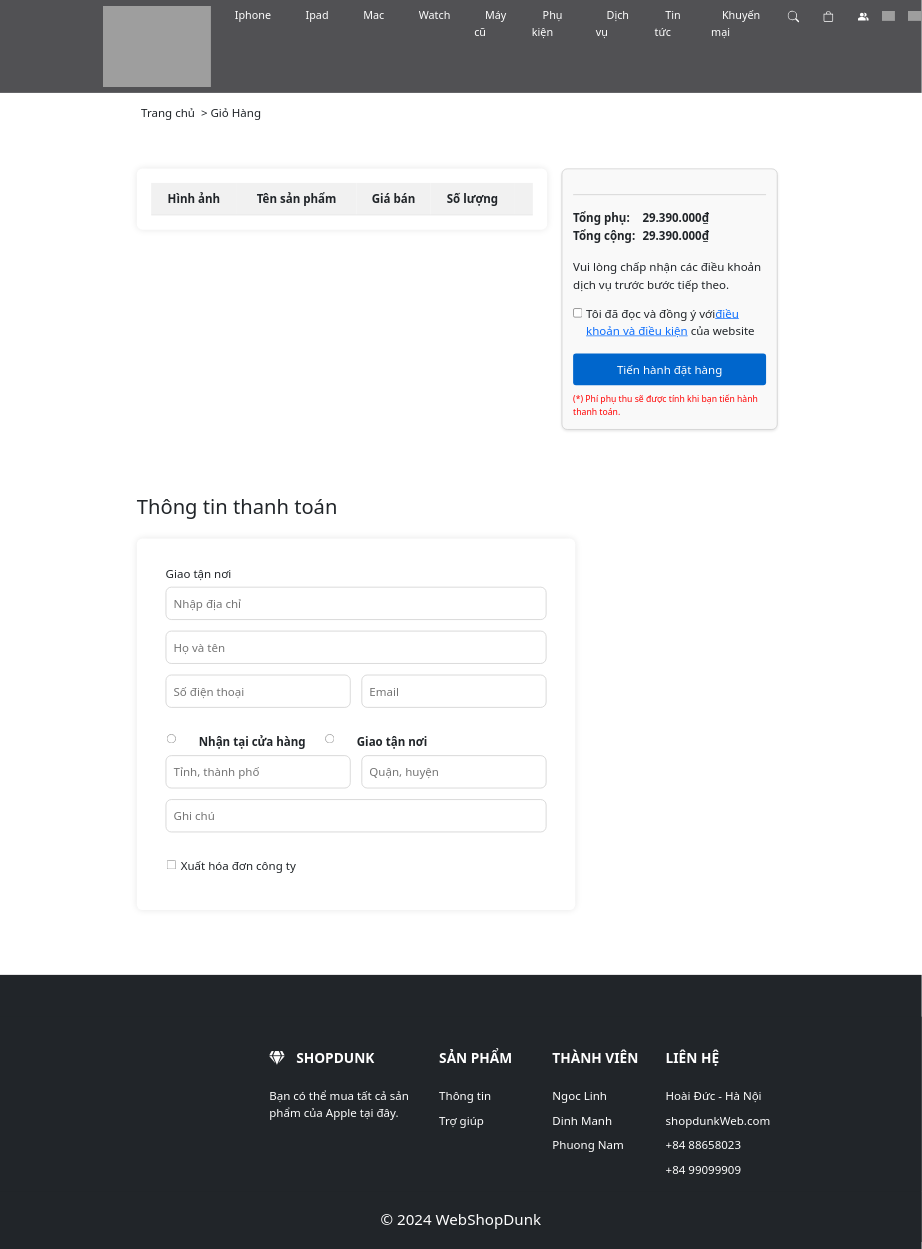
Repository: 20092004nam2k4/FE-ShopDunk
Page: /cart
An editor plug-in stored every save of this project. The page is shown before and after the next save, followed by the edit.
The browser window is 1280 px wide. The pictures show the whole page, at 72% of full size.
Pictures or frames that could not be fetched are drawn as grey boxes. The page's requests for data from a server got no answer. The project was rebuilt for these pictures with package versions that can differ from the ones it lists, and the page was loaded fresh each time. No one was signed in, and anything a server would have sent is missing. Also part of the build but not shown: src/component/common/SlideImage.css, src/component/common/SlideImage.js, src/component/product/ProductList.js, src/component/product/ProductDetail.css, src/component/product/ProductDetail.js, src/component/user/LoginUser.js, src/component/user/UserProfile.js, src/component/user/RegistrationForm.css and 2 more.

Above is the page before, as saved 2024-06-26 14:22:17.

### src/App.js
import React from "react";
import { BrowserRouter as Router, Route, Routes } from "react-router-dom";
import Navbar from "./component/common/Navbar";
import SlideImage from "./component/common/SlideImage";
import ProductList from "./component/product/ProductList";
import CartPage from "./component/cart/CartPage";
import ProductDetail from "./component/product/ProductDetail";
import LoginUser from "./component/user/LoginUser";
import UserProfile from "./component/user/UserProfile";
import { AuthProvider } from "./context/AuthContext";
import RegisterUser from "./component/user/UserRegister";
import CategoryProducts from "./component/product/CategoryProducts"; // Import the new component

function App() {
  return (
    <AuthProvider>
      <Router>
        <div className="App">
          <Navbar />
          <Routes>
            <Route
              path="/"
              element={
                <>
                  <SlideImage />
                  <ProductList />
                </>
              }
            />
            <Route path="/cart" element={<CartPage />} />
            <Route path="/product/:id" element={<ProductDetail />} />
            <Route path="/register" element={<RegisterUser />} />
            <Route path="/login" element={<LoginUser />} />
            <Route path="/profile" element={<UserProfile />} />
            <Route
              path="/category/:categoryId"
              element={<CategoryProducts />}
            />{" "}
            {/* Add this line */}
          </Routes>
        </div>
      </Router>
    </AuthProvider>
  );
}

export default App;

### src/context/AuthContext.js
import React, { createContext, useState, useEffect } from "react";

export const AuthContext = createContext();

export const AuthProvider = ({ children }) => {
  const [isLoggedIn, setIsLoggedIn] = useState(false);
  const [user, setUser] = useState(null);

  useEffect(() => {
    const storedUser = localStorage.getItem("user");
    if (storedUser) {
      setIsLoggedIn(true);
      setUser(JSON.parse(storedUser));
    }
  }, []);

  const login = (userData) => {
    setIsLoggedIn(true);
    setUser(userData);
    localStorage.setItem("user", JSON.stringify(userData));
  };

  const logout = () => {
    setIsLoggedIn(false);
    setUser(null);
    localStorage.removeItem("user");
  };

  return (
    <AuthContext.Provider value={{ isLoggedIn, user, login, logout }}>
      {children}
    </AuthContext.Provider>
  );
};

### src/component/common/Navbar.css
.navbar {
  background-color: #515154;
  padding: 10px;
  position: relative; /* Thêm thuộc tính position relative */
}

.navbar-links {
  list-style: none;
  display: flex;
  justify-content: center;
  max-width: 1400px;
  margin: 0;
padding-left: 125px;
 position: relative; /* Thêm thuộc tính position relative */
  z-index: 1; /* Đảm bảo navbar hiển thị trên cùng */
}

.navbar-links li {
  padding-left: 18px;
}

.navbar-links a {
  color: white;
  text-decoration: none;
  padding: 10px 15px 25px;
  transition: background-color 0.3s;
  font-size: 15px;
}

.navbar-links a:hover {
  background-color: #6a6969;
}

.imageIcon {
  width: 150px;
}

.icon-bag,
.icon-people,
.icon-search {
  color: white;
  height: 30px;
}

.imageIconVN {
  height: 14px;
}

.dropdown-menu {
  position: absolute;
  top: 100%; /* Hiển thị menu dropdown bên dưới navbar */
  left: 0;
  background-color: #515154;
  min-width: 200px; /* Độ rộng tối thiểu của dropdown menu */
  z-index: 10; /* Đảm bảo menu dropdown hiển thị trên cùng */
  box-shadow: 0px 8px 16px rgba(0, 0, 0, 0.2); /* Đổ bóng cho dropdown menu */
  display: none; /* Ẩn dropdown menu mặc định */
}

.dropdown-menu.active {
  display: block; /* Hiển thị dropdown menu khi active */
}

.dropdown-menu a {
  color: white;
  text-decoration: none;
  padding: 15px;
  display: block;
  transition: background-color 0.3s;
}

.dropdown-menu a:hover {
  background-color: #7f7d7d;
}

### src/component/cart/CartPage.css
/* General styles for the cart page */
.tong {
    display: flex;
    justify-content: center;
    align-items: flex-start;
    padding-top: 50px;
    padding-left: 90px;
    padding-right: 100px;
    gap: 20px; /* Add gap between left and right sections */
    margin: 0 100px; /* Adjust left and right margins to 100px */
    max-width: 1400px; /* Set a maximum width for the container */
}

.left {
    width: 70%; /* Increase width to 70% */
    background-color: #fff; /* Add background color for clarity */
    padding: 20px; /* Add padding for spacing */
    box-shadow: 0 0 10px rgba(0, 0, 0, 0.1); /* Add box shadow for aesthetics */
    border-radius: 8px; /* Add border radius for rounded corners */
}

.right {
    width: 30%; /* Adjust width to 30% */
    background-color: #fff; /* Add background color for clarity */
    padding: 20px; /* Add padding for spacing */
    box-shadow: 0 0 10px rgba(0, 0, 0, 0.1); /* Add box shadow for aesthetics */
    border-radius: 8px; /* Add border radius for rounded corners */
}

.table-wrapper {
    overflow-x: auto;
    margin-bottom: 20px;
}

.cart {
    width: 100%;
    border-collapse: collapse;
}

.cart th,
.cart td {
    padding: 10px;
    text-align: center;
    border-bottom: 1px solid #ddd;
}

.cart th {
    background-color: #f1f1f1;
}

.cart img {
    max-width: 80px;
    height: auto;
}

.product-name {
    font-weight: bold;
    color: #333;
    text-decoration: none;
}

.product-name:hover {
    text-decoration: underline;
}

.attributes {
    font-size: 14px;
    color: #555;
}

.edit-item a {
    font-size: 14px;
    color: #0066cc;
}

.unit-price,
.subtotal {
    font-weight: bold;
    color: #333;
}

.qty-input {
    width: 40px;
    text-align: center;
    border: 1px solid #ddd;
    padding: 5px;
    margin: 0 5px;
}

.remove-btn {
    background: none;
    border: none;
    color: red;
    cursor: pointer;
}

.cart-options {
    margin-top: 20px;
}

.button {
    padding-top: 10px;
    display: inline-flex;
    float: right;
}

.common-buttons .button-2 {
    background-color: #5f5c5c;
    color: white;
    border: none;
    padding: 10px 20px;
    cursor: pointer;
    margin-right: 10px;
    border-radius: 5px;
}

.common-buttons .button-2:hover {
    background-color: #005bb5;
}

.footerMain {
    padding: 40px 0;
}

.footerMain .text-uppercase {
    text-transform: uppercase;
}

.footerMain .fw-bold {
    font-weight: bold;
}

.footerMain p {
    margin: 0;
    padding: 5px 0;
}

.footerMain a {
    color: #ffffff;
    text-decoration: none;
}

.footerMain a:hover {
    text-decoration: underline;
}

/* Styles for deals section */
.deals {
    margin-bottom: 20px;
}

/* Styles for coupon box */
.coupon-box {
    border: 1px solid #ccc;
    padding: 15px;
    padding-right: ;
    background-color: #f9f9f9;
    width: 100%; /* Adjust width to 100% */
    box-sizing: border-box; /* Ensure padding is included in width */
    border-radius: 8px; /* Add border radius for rounded corners */
    box-shadow: 0 2px 4px rgba(0, 0, 0, 0.1); /* Add subtle shadow */
    margin-bottom: 20px; /* Add space below the coupon box */
}

.title {
    font-weight: bold;
    font-size: 18px;
    color: #333;
    margin-bottom: 10px; /* Add space below the title */
}

.hint {
    margin-top: 5px;
    color: #666;
    font-size: 14px;
}

/* Styles for coupon code input */
.coupon-code input {
    width: calc(100% - 20px); /* Adjust width to fit within the coupon box */
    margin-top: 10px;
    padding: 10px;
    border: 1px solid #ccc;
    border-radius: 4px; /* Add border radius */
    box-sizing: border-box; /* Ensure padding is included in width */
}

/* Styles for apply button */
.apply-discount-coupon-code-button {
    margin-top: 10px;
    padding: 10px;
    background-color: #0066CC;
    color: #fff;
    border: none;
    border-radius: 4px; /* Add border radius */
    cursor: pointer;
    width: 100%; /* Make button full-width */
}

.apply-discount-coupon-code-button:hover {
    background-color: #005bb5; /* Darken button color on hover */
}

/* Styles for totals section */
.totals {
    border-top: 1px solid #ccc;
    padding-top: 20px;
    margin-top: 20px;
}

/* Styles for total info */
.total-info {
    margin-bottom: 20px;
}

/* Styles for left side of total row */
.cart-total-left {
    padding-right: 10px;
    font-weight: bold;
}

/* Styles for total value */
.value-summary {
    font-weight: bold;
}

/* Styles for checkout buttons */
.checkout-buttons {
    margin-top: 20px;
}

/* Styles for checkout button */
.checkout-button {
    padding: 10px 20px;
    background-color: #0066CC;
    color: #fff;
    border: none;
    border-radius: 4px; /* Add border radius */
    cursor: pointer;
    width: 100%; /* Make button full-width */
    text-align: center; /* Center text */
}

.checkout-button:hover {
    background-color: #005bb5; /* Darken button color on hover */
}

/* Styles for note */
.note-ck {
    margin-top: 10px;
    font-size: 12px;
    color: red;
}
.remove-button {
    background: none;
    border: none;
    cursor: pointer;
    color: rgb(98, 97, 97); /* Customize as needed */
    font-size: 1.2em; /* Customize size as needed */
  }
  .tittle-header{
    margin-top: 20px;
    margin-left: 150px;
    background-color: #f1f1f1;
    margin-right: 200px;
    margin-bottom: -30px;
    padding-left: 15px;
  }
  .enter-address {
    padding: 20px;
}
.edit-address {
    margin-top: 20px;
}
.edit-address input[type="text"],
.edit-address select {
    width: 100%;
    padding: 10px;
    margin-bottom: 10px;
    border: 1px solid #ccc;
    border-radius: 5px;
}
.edit-address label {
    display: block;
    margin-bottom: 5px;
    font-weight: bold;
}
.edit-address input[type="radio"],
.edit-address label {
    margin-right: 10px;
}
.edit-address span {
    display: block;
    margin-top: 5px;
    font-style: italic;
}
.bg-white {
    background-color: #fff;
}
.left {
    width: 70%; /* Increase width to 70% */
    background-color: #fff; /* Add background color for clarity */
    padding: 20px; /* Add padding for spacing */
    box-shadow: 0 0 10px rgba(0, 0, 0, 0.1); /* Add box shadow for aesthetics */
    border-radius: 8px; /* Add border radius for rounded corners */
  }

  .tong-bot {
    display: flex;
    align-items: flex-start;
    gap: 20px; /* Add gap between left and right sections */
    margin: 0 100px; /* Adjust left and right margins to 100px */
    max-width: 1370px; /* Set a maximum width for the container */
    display: flex;
    align-items: flex-start;
    padding-top: 20px;
    padding-left: 90px;
    padding-right: 120px;
    gap: 20px; /* Add gap between left and right sections */
}

  .enter-address {
    display: flex;
    flex-direction: column;
  }

  .enter-address input,
  .enter-address select {
    width: 100%;
    margin-bottom: 15px;
    padding: 10px;
    border: 1px solid #ccc;
    border-radius: 8px;
  }

  .half-inputs {
    display: flex;
    gap: 15px;
  }

  .edit-address .delivery-method {
    display: flex;
    gap: 15px;
  }

  .edit-address input[type="checkbox"] {
    transform: scale(0.8);
    border-radius: 50%; /* Make the checkboxes round */
    width: 16px; /* Adjust the width */
    height: 16px; /* Adjust the height */
  }
  .edit-address input[type="radio"] {
    transform: scale(0.8);
    border-radius: 50%; /* Make the checkboxes round */
    width: 16px; /* Adjust the width */
    height: 16px; /* Adjust the height */
  }

  .edit-address .delivery-method input[type="checkbox"] {
    vertical-align: middle; /* Align checkboxes vertically */
  }
  .edit-address .delivery-method input[type="radio"] {
    vertical-align: middle; /* Align checkboxes vertically */
  }

  .edit-address .delivery-method label {
    vertical-align: middle; /* Align labels vertically */
    margin-left: 5px; /* Add space between checkbox and label */
  }
  .thanhtoan{
    padding-left: 190px;
    margin-top: 50px;
  }
  .cart-quantity-input-container {
    display: flex;
    align-items: center;
  }

  .quantity-button {
    background: none;
    border: none;
    /* cursor: pointer; */
    color: black;
    font-size: 0.8em;
    padding: 0 1px;
}

  .quantity-button i {
    pointer-events: none; /* Ensure the icon itself isn't blocking clicks */
  }

  .input-text {
    text-align: center;
    width: 40px;
    border: 1px solid #ddd;
    border-radius: 4px;
    padding: 5px;
    margin: 0 10px;
  }
  .title-header{
    margin-left: 196px;
    padding-top: 15px;
  }
  .coupon-box {
    width: 300px;

  }

### src/component/user/Login.css
body {
    font-family: sans-serif;
    /* display: flex; */
    justify-content: center;
    align-items: center;
    min-height: 100vh;
    background-color: #f5f5f5;
  }
  .userName-login{
    margin-top: 25px;
  }



  .left-side {
    width: 50%;
    display: flex;
    justify-content: center;
    align-items: center;
    margin-top: 90px;
  }

  .right-side {
    width: 50%;
    padding: 20px;
    margin-top: 90px;
  }

  .left-side img {
    width: 100%;
    max-width: 600px;
    height: 350px;
  }

  h2 {
    margin-bottom: 20px;
  }

  input[type="text"],
  input[type="password"] {
    width: 100%;
    padding: 10px;
    margin-bottom: 15px;
    border: 1px solid #ddd;
    border-radius: 10px;
    box-sizing: border-box;
  }

  input[type="checkbox"] {
    margin-right: 5px;
  }

  button {
    background-color: #007bff;
    color: #fff;
    padding: 10px 20px;
    border: none;
    border-radius: 3px;
    cursor: pointer;
    width: 100%;
  }

  .link {
    display: block;
    text-align: center;
    margin-top: 15px;
    color: #007bff;
    text-decoration: none;
  }

  .footerMain{
margin-top: 200px;
  }
  .textFooter{
    padding-left: 200px !important;
  }
  .textToRegister{
    margin-top: 15px;
  }

### src/component/user/UserProfile.css
    /* Reset CSS */
    * {
        box-sizing: border-box;
        margin: 0;
        padding: 0;
    }

    body {
        font-family: Arial, Helvetica, sans-serif;
        background-color: #f5f5f7; /* Updated background color */
    }

    .page-container {
        padding: 20px;
        background-color: #f5f5f7; /* Background color for the page */
    }

    .container {
        display: flex;
        justify-content: space-between;
        margin: 30px auto;
        width: 80%;
        /* gap: 30px;  */
    }

    .navigation {
        width: 25%;
        background-color: #fff;
        padding: 20px;
        border-radius: 10px;
        border: 1px solid #ddd; /* Border for left div */
        box-shadow: 0 0 10px rgba(0, 0, 0, 0.1); /* Optional: for a subtle shadow effect */
        margin-left: 50px;
    }

    .navigation ul {
        padding-left: 0; /* Reset padding */
        list-style: none; /* Remove bullet points */
    }

    .navigation li {
        padding: 10px 0;
        border-bottom: 1px solid #ddd;
    }

    .navigation li:last-child {
        border-bottom: none;
    }

    .navigation li a {
        color: #333;
        text-decoration: none;
        display: flex;
        align-items: center;
    }

    .navigation li a i {
        margin-right: 10px;
        font-size: 1.2em;
    }

    .form {
        width: calc(70% - 100px); /* Reduced width by 100px */
        background-color: #fff;
        padding: 20px;
        border-radius: 10px;
        border: 1px solid #ddd; /* Border for right div */
        box-shadow: 0 0 10px rgba(0, 0, 0, 0.1); /* Optional: for a subtle shadow effect */
        display: flex;
        flex-direction: column;
        height: calc(100% + 70px); /* Increased height by 70px */
        margin-right: 90px;
    }

    .form-row {
        display: flex;
        justify-content: space-between;
        align-items: center;
        margin-bottom: 15px;
    }

    .form-row label {
        flex: 1;
    }

    .form-row input,
    .form-row select {
        flex: 2;
        padding: 10px;
        border: 1px solid #ddd;
        border-radius: 5px;
    }

    .form-row .input-group {
        display: flex;
        flex-direction: column;
        margin-bottom: 15px;
    }

    .form-row .input-group input {
        margin-top: 10px;
    }

    .input-email {
        padding-left: 20px;
    }

    .input-gender {
        display: flex;
        align-items: center;
        padding-left: 20px;
    }

    .input-gender > div {
        display: flex;
        align-items: center;
        margin-right: 20px;
    }

    .input-gender label {
        margin-left: 5px;
        margin-right: 15px; /* Adjust spacing between the labels and inputs */
    }

    .form-row.birthday-row {
        display: flex;
        justify-content: space-between;
        align-items: center;
        margin-bottom: 15px;
    }

    .form-row.birthday-row label {
        flex: 1;
    }

    .form-row.birthday-row select {
        flex: 1;
        padding: 10px;
        border: 1px solid #ddd;
        border-radius: 5px;
    }

    .form button {
        background-color: #0066cc;
        color: white;
        padding: 10px 20px;
        border: none;
        border-radius: 5px;
        cursor: pointer;
        width: 124px;
        height: 43px;
        margin: 0 auto; /* Add this line to center the button */
        margin-top: 10px;
    }

    .newsletter {
        text-align: center;
        margin-top: 50px;
    }

    .footerMain {
        text-align: center;
        background-color: #333;
        color: #fff;
        padding: 10px 0;
    }

    .newsletter .input-group {
        width: auto;
        display: inline-flex;
        border-radius: 20px;
        margin-top: 20px;
    }

    .newsletter .input-group .form-control {
        width: 500px;
        height: 50px;
        border-radius: 20px;
    }

    .newsletter .input-group .btn {
        width: 100px;
        background-color: #0066cc;
        color: white;
        border: none;
        border-radius: 20px;
        height: 50px;

    }

    .text-email {
        margin-top: 21px;
    }
    .radio-male{
        margin-left: -48px;

    }
    .text-user{
        margin-right: 580px;
        padding-top: 17px;
    }
    .text-male{
        padding-top: 9px;
    margin-right: 234px;
    }
    .text-female{
        padding-top: 8px;
    }
    .email-info{
        padding-top: 10px;
    }
    .email-text{
        margin-bottom: 24px;
    }

### src/component/product/ProductCart.css
.product-list {
  display: flex;
  flex-wrap: wrap;
  justify-content: center;
}
.product-card img {
  max-width: 100%;
  height: auto;
}
.tittleIphone {
  text-align: center;
  margin-top: 38px;
  margin-bottom: 20px;
}
.a-category {
  text-align: center;
  margin-top: 20px;
}
.custom-blue {
  color: #0066cc !important;
  border-color: #0066cc !important;
}
.custom-blue:hover {
  color: #fff !important;
  background-color: #0066cc !important;
}
.button-text {
  font-size: 17px;
}
.product-card {
  width: 271px;
  height: 430px;
  display: flex;
  flex-direction: column;
  align-items: center;
  justify-content: space-between;
  border: 1px solid #ddd;
  padding: 10px;
  margin: 10px;
  box-shadow: 0 4px 8px rgba(0, 0, 0, 0.1); /* Thêm đổ bóng để đẹp hơn */
  border-radius: 5px;
  color: white;
}
.product-name {
  font-weight: bold;
}
.product-price-wrapper {
  display: flex;
  align-items: center;
  gap: 10px;
}
.product-discounted-price {
  font-weight: 700;
  font-size: 16px;
  line-height: 24px;
  color: #0066cc;
}
.product-original-price-wrapper {
  display: flex;
  align-items: center;
}
.product-price {
  color: #6c757d; /* Màu đen nhạt */
  text-decoration: line-through;
  font-size: 16px;
  margin-right: 5px; /* Khoảng cách giữa giá cũ và tag giảm giá */
}
.discount-tag {
  color: #6c757d; /* Màu đen nhạt */
  font-size: 16px;
}
.img-info {
  width: 1200px;
  height: 401px;
}
.info-banner {
  text-align: center;
  margin-top: 80px;
}
.bg-dark {
  background-color: #575757 !important;
}
.text-white {
  color: #fff !important;
}
.border-bottom {
  border-color: rgba(255, 255, 255, 0.1) !important;
}
.footer-links a {
  color: #fff !important;
}
.footer-links a:hover {
  color: #ddd !important;
}
.footerMain {
  margin-top: 90px;
}
.product-card-link {
  text-decoration: none;
  color: inherit; /* Optional: Inherit color to prevent default link color */
}
.textFooter{
  padding-top: 30px;
}

.carousel {
  margin-top: 20px;
  margin-bottom: 20px; /* Để tạo khoảng cách giữa carousel và danh sách sản phẩm */
  padding: 0 210px; /* Thu nhỏ carousel vào 100px mỗi bên */
}

.carousel-inner {
  width: 100%; /* Đảm bảo width của carousel vẫn 100% */
  margin: auto; /* Căn giữa carousel */
}
.carousel-control {
  padding: 0 230px; /* Đặt khoảng cách 20px giữa các nút chuyển ảnh */
}
.category-products-container {
  background-color: #f5f5f7; /* Màu nền của trang */
}
.tittle-headerCategory{
  background-color: white;
  margin-left: 210px;
  padding-top: 15px;
  color: #6c757d;
  padding-bottom: -10px;
}
.cart-quantity-input-container {
  display: flex;
  align-items: center;
  justify-content: center;
  gap: 5px; /* Adjust gap between elements */
}

.quantity-btn {
  background-color: #0066CC; /* Button background color */
  color: #fff; /* Button text color */
  border: none; /* Remove default border */
  border-radius: 4px; /* Rounded corners */
  width: 30px; /* Button width */
  height: 30px; /* Button height */
  display: flex; /* Center text horizontally */
  align-items: center; /* Center text vertically */
  justify-content: center; /* Center text horizontally */
  font-size: 18px; /* Increase font size */
  cursor: pointer; /* Change cursor on hover */
}

.quantity-btn:hover {
  background-color: #005bb5; /* Darken button color on hover */
}

.input-text {
  width: 40px; /* Adjust input width */
  text-align: center; /* Center text */
  border: 1px solid #ddd; /* Input border */
  border-radius: 4px; /* Rounded corners */
  padding: 5px; /* Input padding */
  font-size: 16px; /* Adjust font size */
}

Loaded but not shown: public/index.html (common file); src/index.js (common file); src/component/cart/CartPage.js (403 lines, source omitted); src/component/common/Navbar.js (148 lines, source omitted)

After the next save:
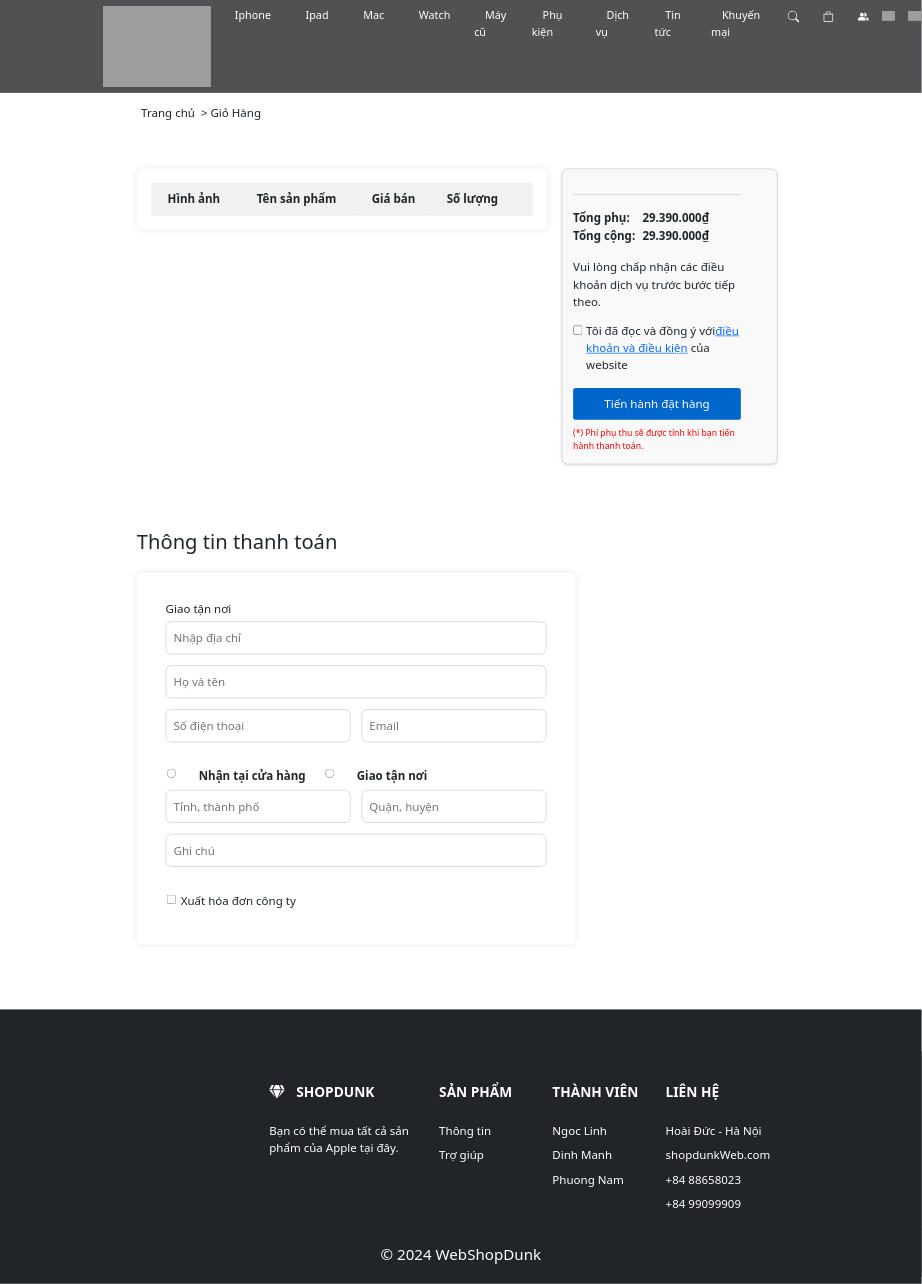
Saved 5 s later.
--- a/src/component/cart/CartPage.css
+++ b/src/component/cart/CartPage.css
@@ -153,7 +153,7 @@
 .coupon-box {
     border: 1px solid #ccc;
     padding: 15px;
-    padding-right: ;
+    padding-right: 50px;
     background-color: #f9f9f9;
     width: 100%; /* Adjust width to 100% */
     box-sizing: border-box; /* Ensure padding is included in width */
